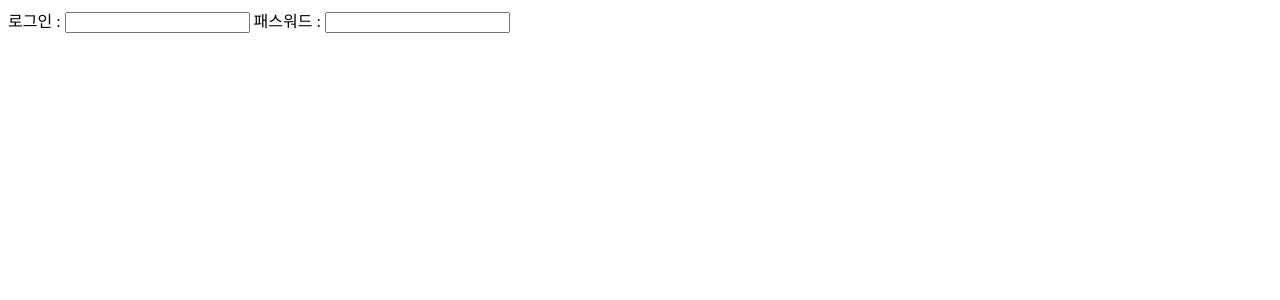
Repository: sagong0/servelet_home
Page: web/src/main/webapp/test.html
The author's editor kept a copy of each file at every save. The page is drawn from the files as they stood at one save, then again after the next save.
The browser window is 1280 px wide. The pictures show the whole page.

Above is the page before, as saved 2023-08-08 12:56:12.

### web/src/main/webapp/test.html
<!DOCTYPE html>
<html>
<head>
<meta charset="UTF-8">
<title>Test Page</title>
</head>
<body>
	로그인 : <input type="text">
	패스워드 : <input type="password">


</body>
</html>

After the next save:
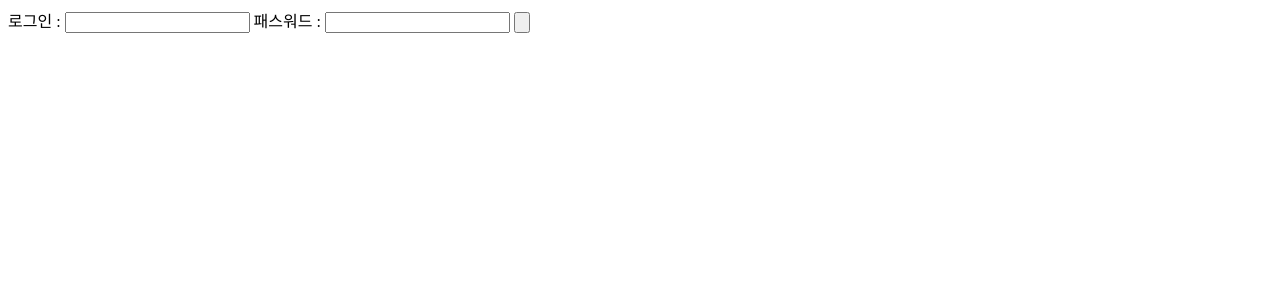
Saved 26 s later.
--- a/web/src/main/webapp/test.html
+++ b/web/src/main/webapp/test.html
@@ -8,6 +8,13 @@
 	로그인 : <input type="text">
 	패스워드 : <input type="password">
 
+	 <input type="button" onclick="play()">
 
+
+	 <script>
+
+		 function play(){}
+
+	 </script>
 </body>
 </html>
